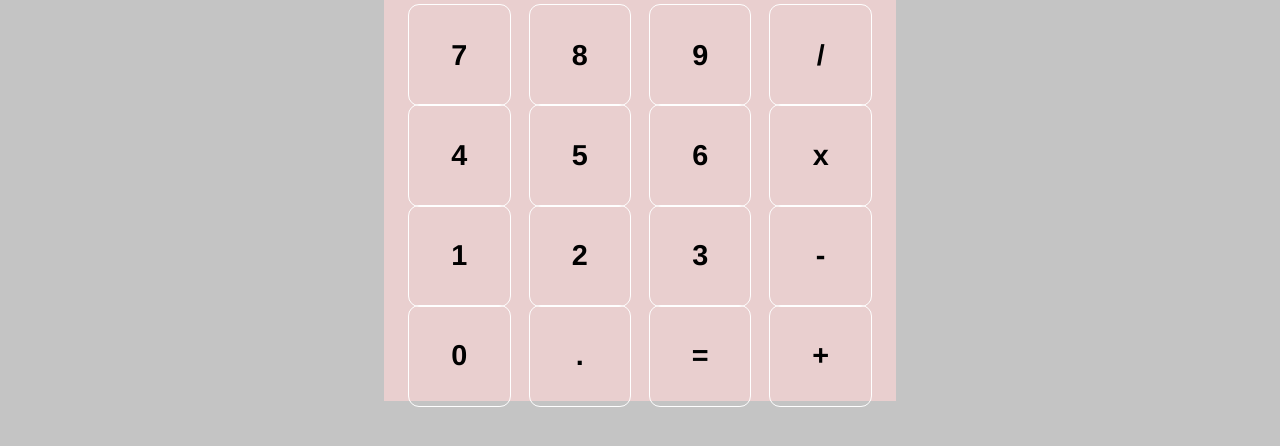
Repository: raulpenate/Calculadora-VUE3
Page: /
These files come from the project's save history. The page is drawn as it stood at one moment and after the next save; the edit follows.
The browser window is 1280 px wide. The pictures show the whole page.
The project was rebuilt for these pictures with package versions that can differ from the ones it lists, and the page was loaded fresh each time. Also part of the build but not shown: src/components/HelloWorld.vue.

Above is the page before, as saved 2022-03-11 08:56:17.

After the next save:
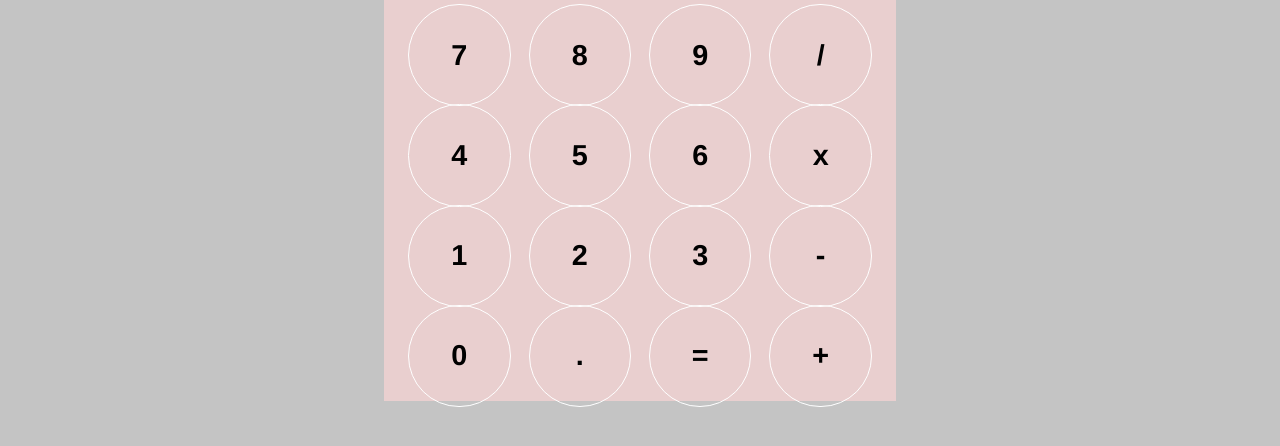
Saved 5 s later.
--- a/src/components/Calculator.vue
+++ b/src/components/Calculator.vue
@@ -69,7 +69,7 @@ body{
     display: flex;
     justify-content: center;
     align-items: center;
-    border-radius: 10%;
+    border-radius: 50%;
 }
 
 
